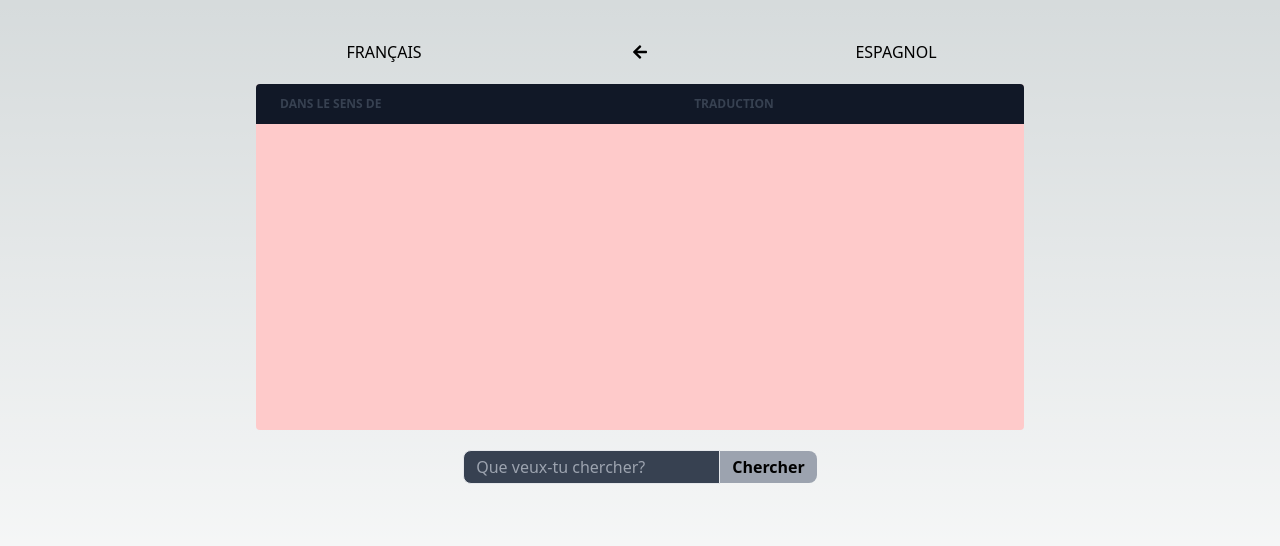
Repository: All-Khwarizmi/Dico
Page: /
These files come from the project's save history. The page is drawn as it stood at one moment and after the next save; the edit follows.
The browser window is 1280 px wide. The pictures show the whole page.
The project was rebuilt for these pictures with package versions that can differ from the ones it lists, and the page was loaded fresh each time. The framework's server and built-in components were replaced by stand-ins that run in the browser. Also part of the build but not shown: next.config.js, vite.config.ts.

Above is the page before, as saved 2023-02-17 18:31:44.

After the next save:
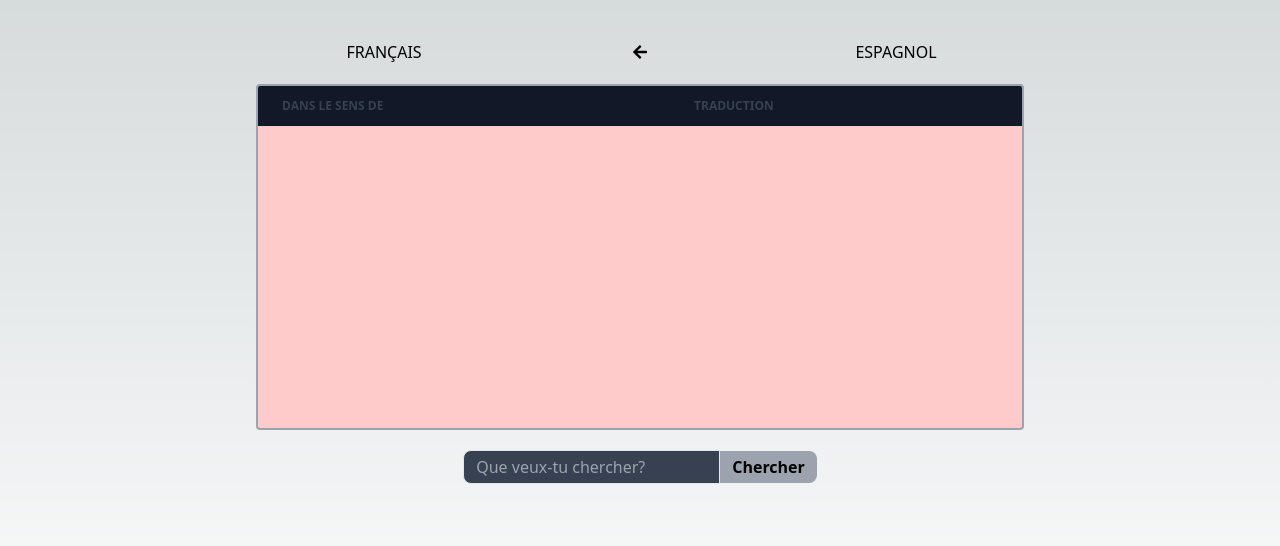
Saved 4 s later.
--- a/src/app/page.tsx
+++ b/src/app/page.tsx
@@ -108,7 +108,7 @@ export default function Home() {
         )}
       </div>
       <div className='flex h-[80%] flex-col  items-center gap-5'>
-        <div className=' h-[60%] max-h-[80%] w-[60%] overflow-scroll rounded border-1.5 border-solid border-gray-400 bg-red-200'>
+        <div className=' h-[60%] max-h-[80%] w-[60%] overflow-scroll rounded border-2 border-solid border-gray-400 bg-red-200'>
           <div className='text-black '>
             <div className=''>
               <table className='  relative w-full text-left text-sm text-gray-500 dark:text-gray-400'>
